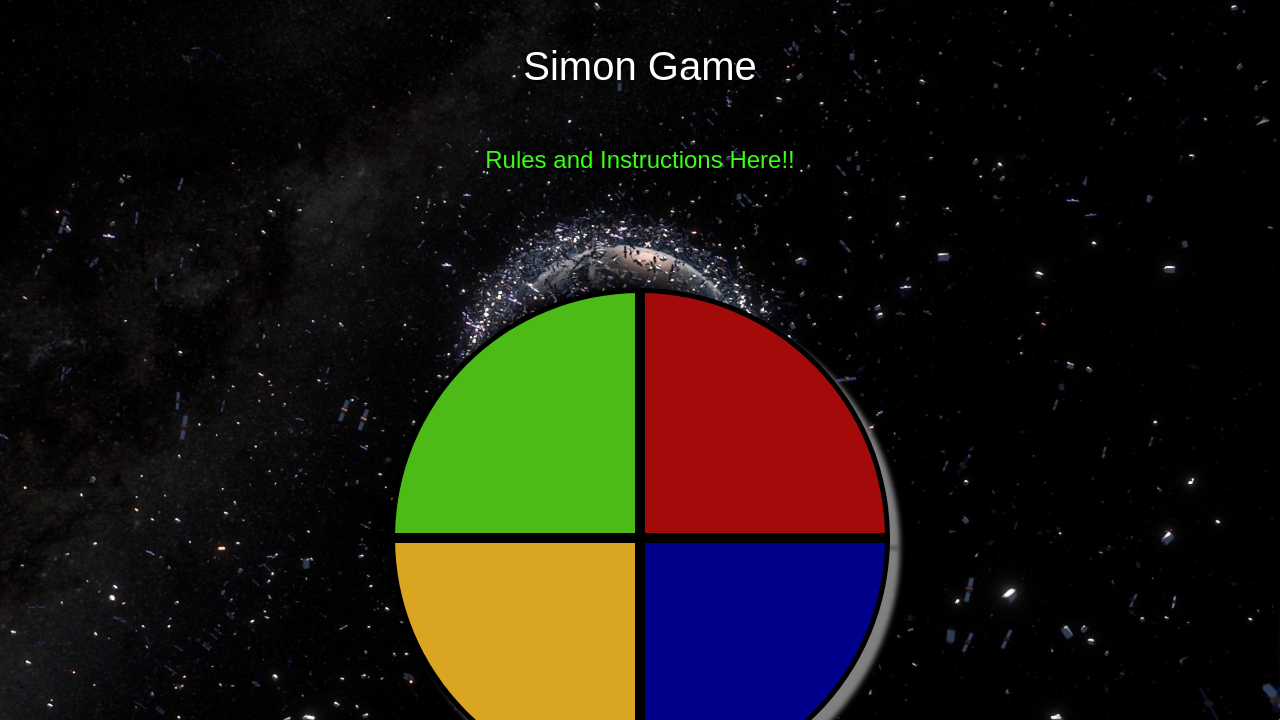
Repository: cgaynor91/Simon-Memory-Game
Page: index.html
The author's editor kept a record of every edit. The page is drawn from the files as they stood at one moment, then again after the next edit.
The browser window is 1280 px wide. The pictures show the whole page.
An inner scrolling area shows only its first screen. Some web fonts or font styles are not loaded; a fallback is used.

Above is the page before.

After the next edit:
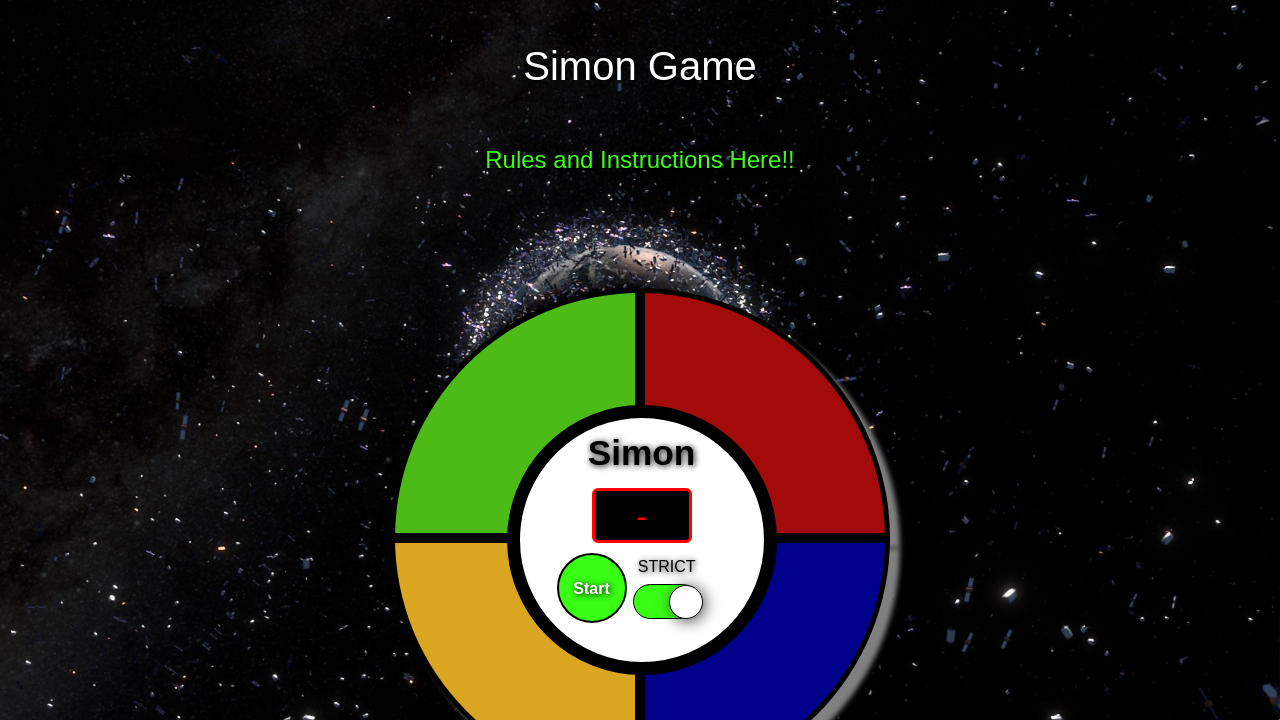
The edit:
--- a/index.html
+++ b/index.html
@@ -45,11 +45,40 @@
             <div id="bluepad" class="pad blue-pad"></div>
           </div>
 
+<!-- inner -circle of board containg number counter and switches -->
 
+          <div class="inner-circle">
+            <div class="label">Simon</div>
+            <div id="turn" class="display">-</div>
+            <div id="start" class="start-button">Start</div>
+            <div class="container strict">
+              <div class="strict-label">
+                <p>STRICT</p>
+                <div class="strict-switch">
+                  <input type="checkbox" id="strict" class="toggle" checked/>
+                </div>
+              </div>
+            </div>
+          </div>
+        </div>
+      </div>
+    </div>
+  </div>
 
+   <div class="container-fluid footer">
+    <div class="row justify-content-center">
+      <p>Website created by Claire Gaynor &copy;
+        <br> For educational purposes only.</p>
+    </div>
+  </div>
 
-
-
+    <!-- Audio Clips -->
+  <audio id="sound-green" src="assets/sounds/green.mp3"></audio>
+  <audio id="sound-red" src="assets/sounds/red.mp3"></audio>
+  <audio id="sound-yellow" src="assets/sounds/yellow.mp3"></audio>
+  <audio id="sound-blue" src="assets/sounds/blue.mp3"></audio>
+  <audio id="game-win" src="assets/sounds/game-win.wav"></audio>
+  <audio id="game-over" src="assets/sounds/game-over.wav"></audio>
 
 
 
